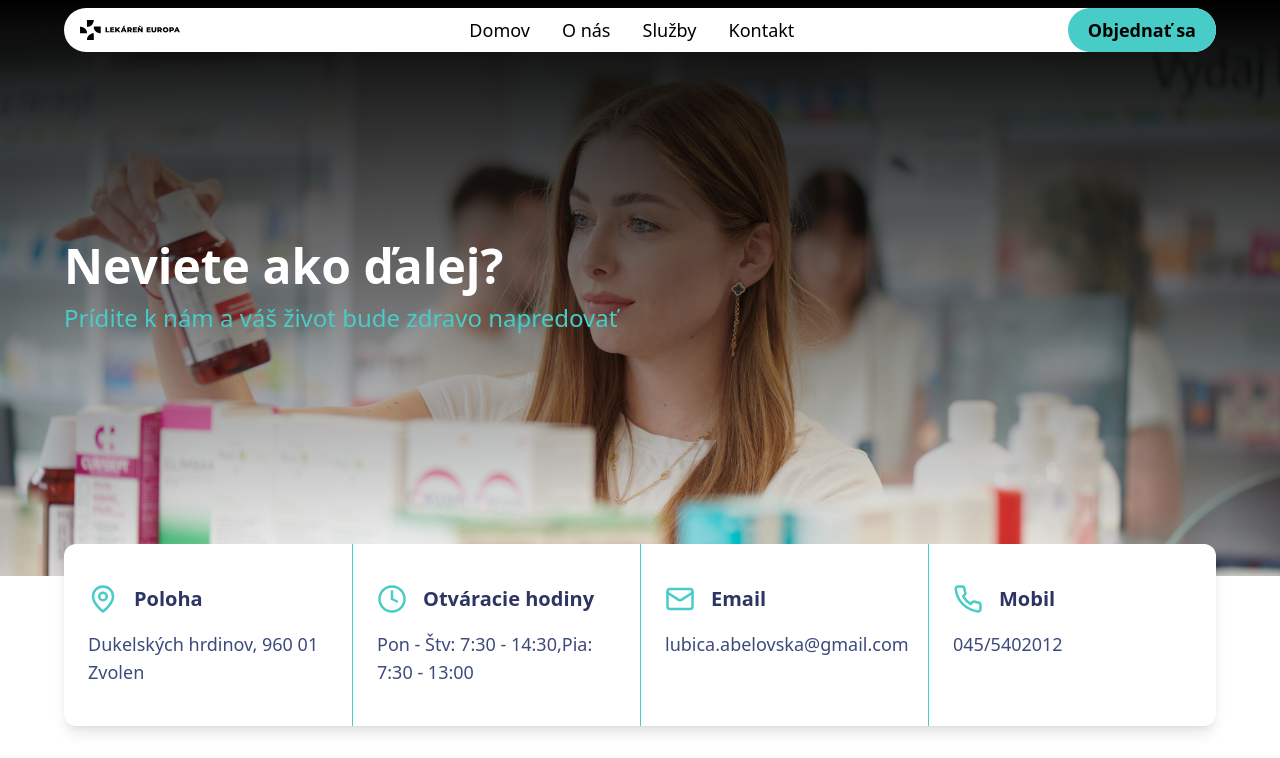
Repository: SimonSkoda13/Lekaren
Page: /
These files come from the project's save history. The page is drawn as it stood at one moment and after the next save; the edit follows.
The browser window is 1280 px wide. The pictures show the whole page.
The project was rebuilt for these pictures with package versions that can differ from the ones it lists, and the page was loaded fresh each time. The framework's server and built-in components were replaced by stand-ins that run in the browser. Also part of the build but not shown: next.config.js.

Above is the page before, as saved 2023-04-22 19:49:45.

After the next save:
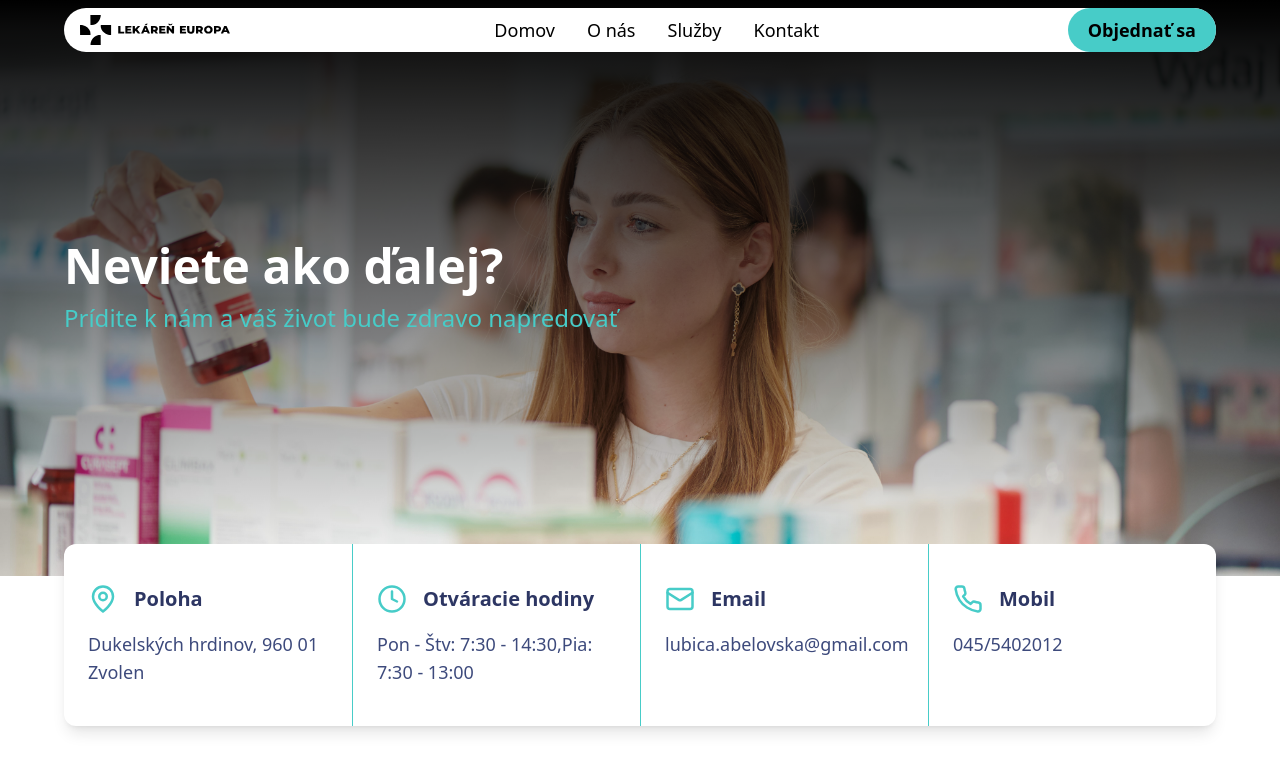
Saved 9 s later.
--- a/src/app/components/Header/Header.tsx
+++ b/src/app/components/Header/Header.tsx
@@ -10,7 +10,7 @@ export const Header = (props: HeaderProps) => {
       <div className="flex bg-white rounded-full ">
         {/* logo */}
         <div className="flex justify-center items-center px-4">
-          <img src="/logoHeader.svg" alt="logo" className="w-[100px]" />
+          <img src="/logoHeader.svg" alt="logo" className="w-[150px]" />
         </div>
         {/* nav */}
         <div className="py-2 px-4 flex gap-8 items-center mx-auto text-lg font-medium">
